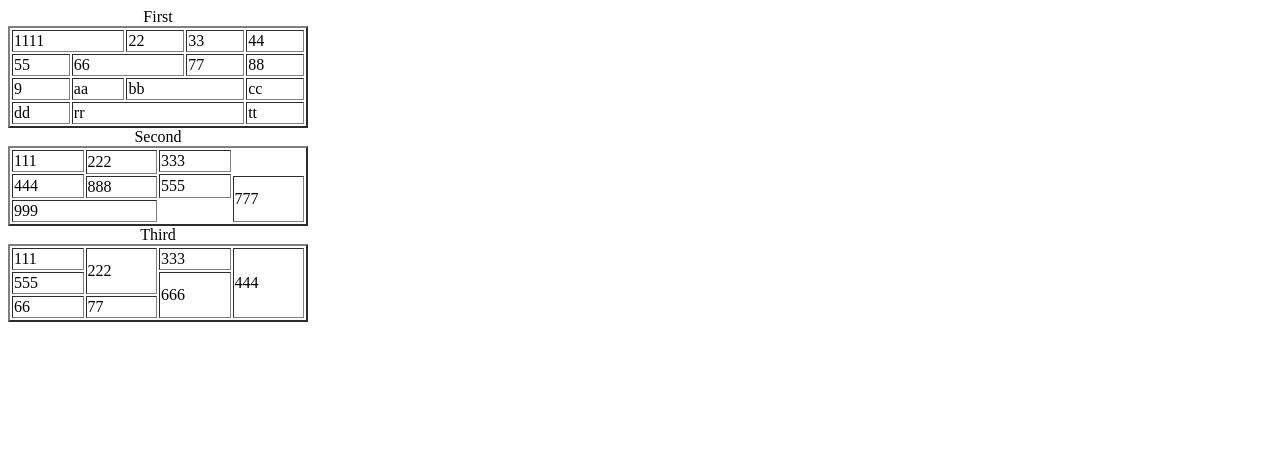
Repository: KseniaMakara/Web
Page: tables/index.html
These files come from the project's save history. The page is drawn as it stood at one moment and after the next save; the edit follows.
The browser window is 1280 px wide. The pictures show the whole page.

Above is the page before, as saved 2021-02-14 14:36:59.

After the next save:
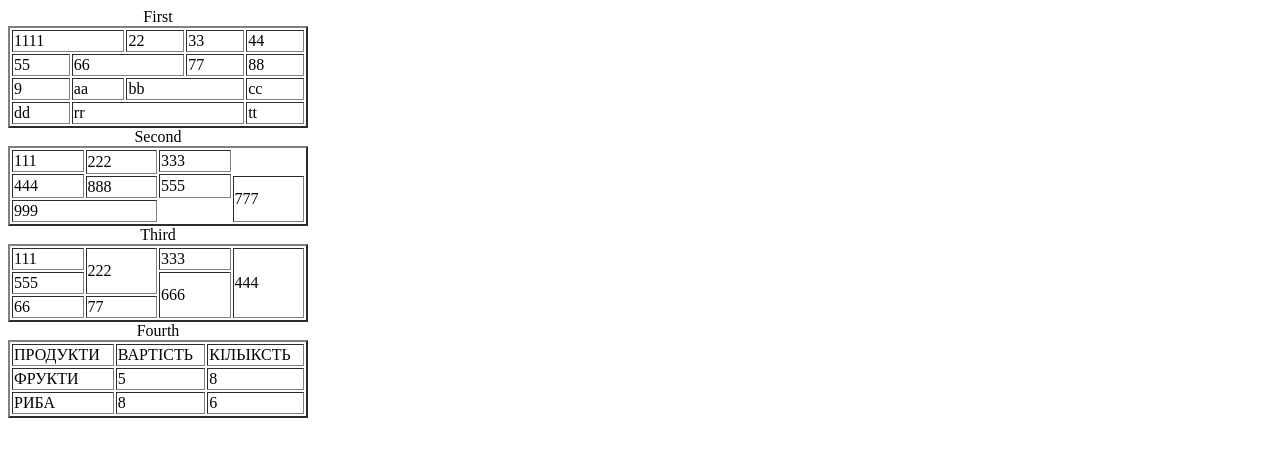
Saved 4 min 43 s later.
--- a/tables/index.html
+++ b/tables/index.html
@@ -70,3 +70,25 @@
             </tr>
 
             </table>
+
+            <table border="2px" width="300px">
+                <caption> Fourth <caption>
+                    <tr>
+                        <td > ПРОДУКТИ </td>
+                        <td > ВАРТІСТЬ </td>
+                        <td > КІЛЬІКСТЬ </td>
+
+                    </tr>
+                    <tr>
+                        <td > ФРУКТИ </td>
+                        <td > 5 </td>
+                        <td > 8 </td>
+                    </tr>
+
+                    <tr>
+                        <td > РИБА </td>
+                        <td > 8 </td>
+                        <td > 6 </td>
+                    </tr>
+
+                    </table>
